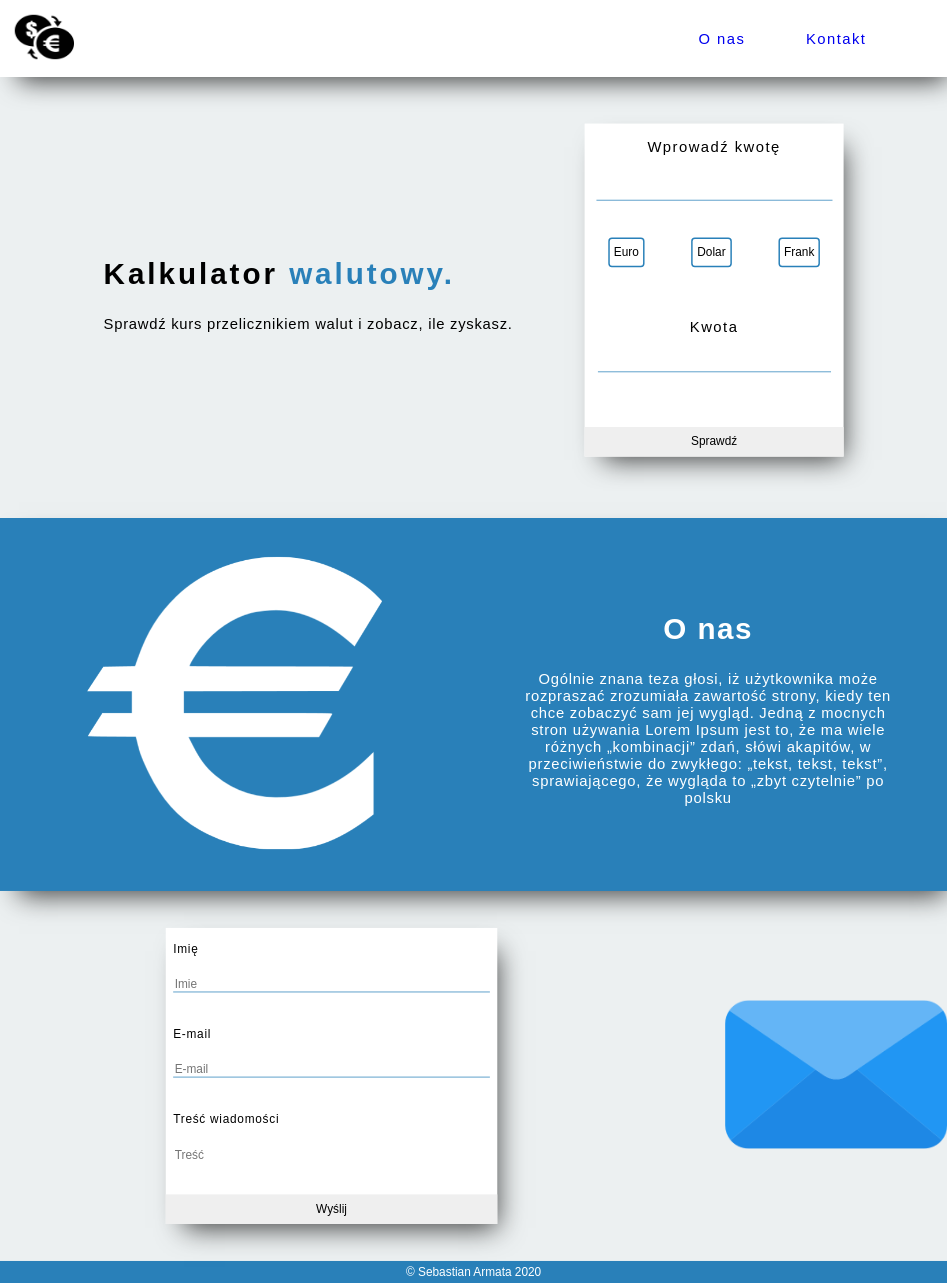
Repository: SebastianArmata22/Kalkulator-walut
Page: index.html
The author's editor kept a copy of each file at every save. The page is drawn from the files as they stood at one save, then again after the next save.
The browser window is 1280 px wide. The pictures show the whole page, at 74% of full size.

Above is the page before, as saved 2020-10-26 10:13:32.

After the next save:
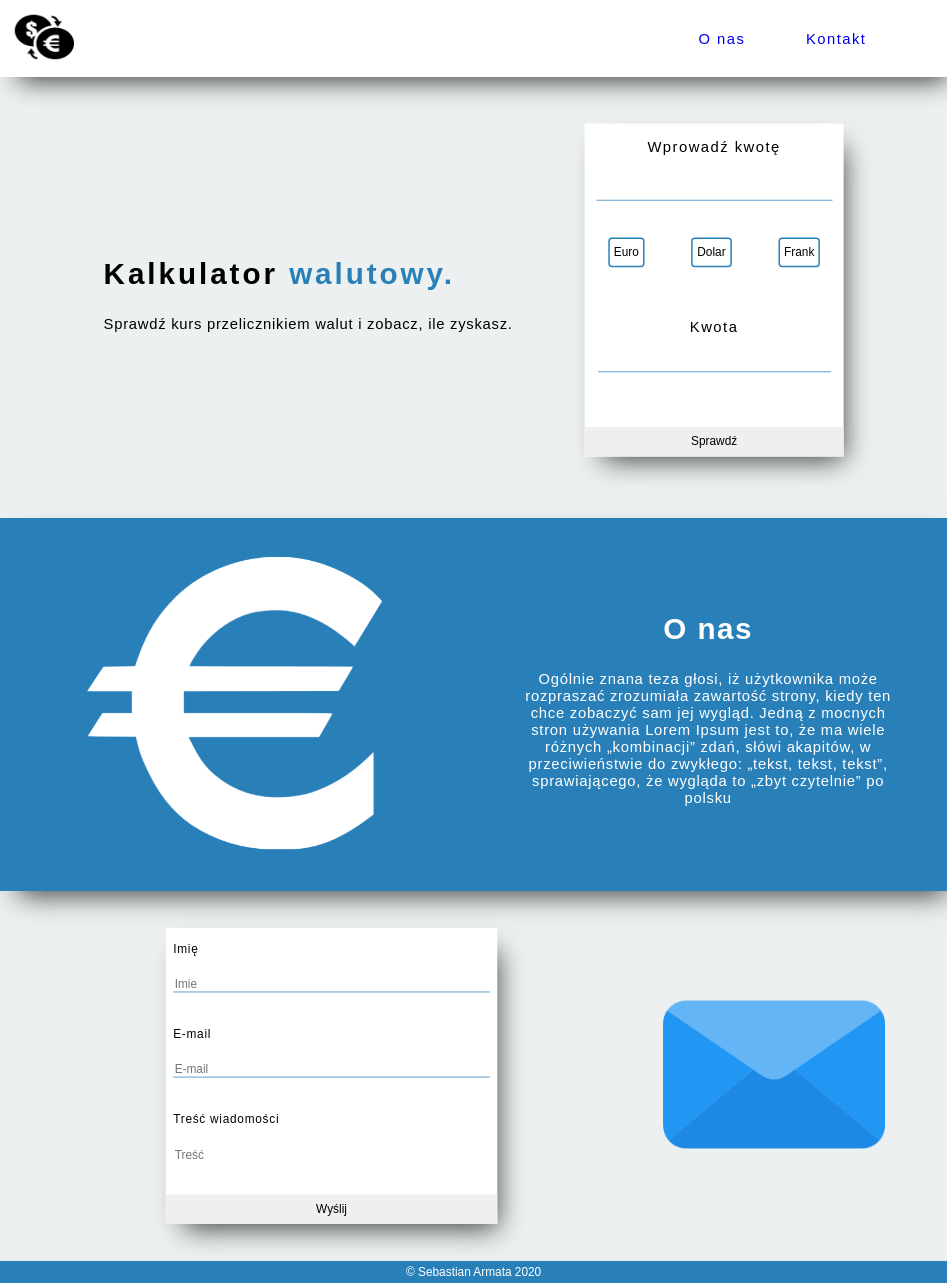
Saved 5 s later.
--- a/style.css
+++ b/style.css
@@ -173,7 +173,6 @@ margin-bottom: 50px;
 .contact{
     display: flex;
     align-items: center;
-    justify-content: space-between;
     padding: 50px 0 50px 0;
     background-color:#ecf0f1 ;
 
